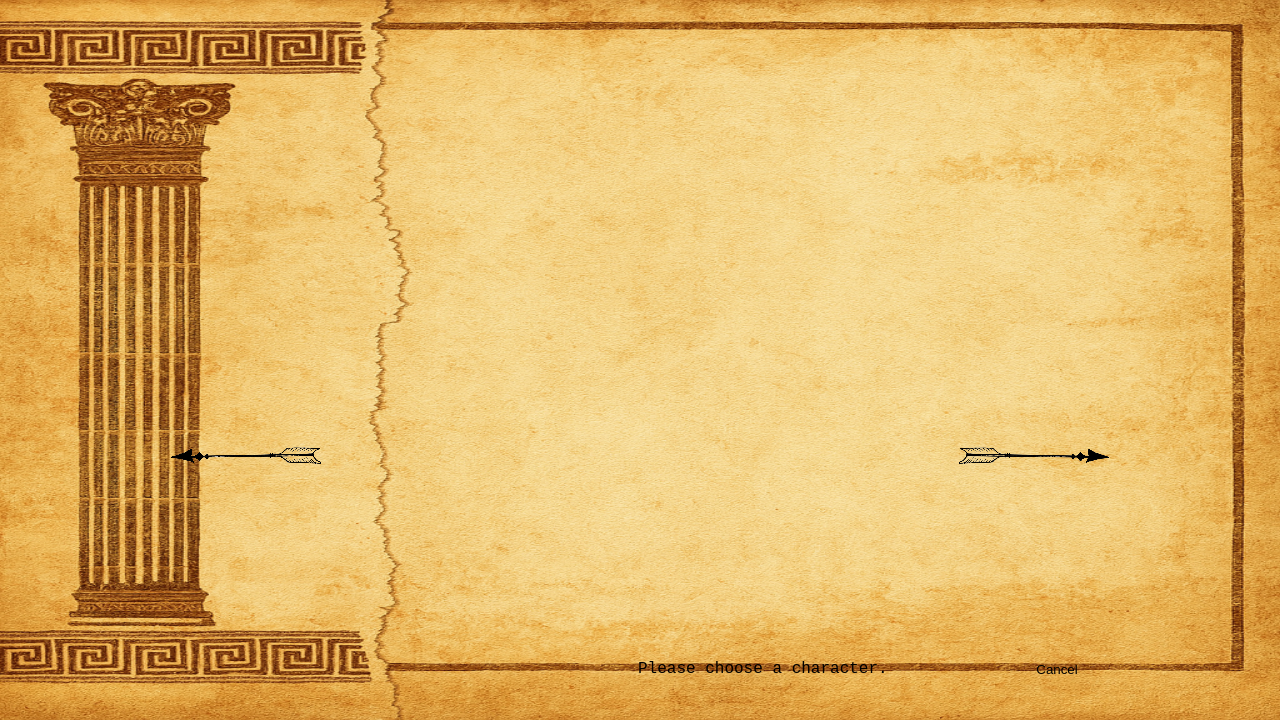
Repository: brianabariteau/Web-1-Final-Project-2025
Page: features/character-selection/character-selection.html
These files come from the project's save history. The page is drawn as it stood at one moment and after the next save; the edit follows.
The browser window is 1280 px wide. The pictures show the whole page.
The page's requests for data from a server got no answer.

Above is the page before, as saved 2025-12-21 23:39:25.

### features/character-selection/character-selection.html
<!DOCTYPE html>
<html lang="en">
  <head>
    <meta charset="UTF-8" />
    <meta name="viewport" content="width=device-width, initial-scale=1.0" />
    <title>Player Selection</title>
    <link
      rel="icon"
      type="image/x-icon"
      href="../../assets/characters/zeus.png"
    />
    <link rel="stylesheet" href="./character-selection.css" />
    <script type="module" src="./character-selection.js" defer></script>
    <script
      src="https://code.jquery.com/jquery-3.7.1.min.js"
      integrity="sha256-/JqT3SQfawRcv/BIHPThkBvs0OEvtFFmqPF/lYI/Cxo="
      crossorigin="anonymous"
    ></script>
  </head>
  <body></body>
</html>

### features/character-selection/character-selection.css
/* -- General Page Layout -- */

body {
  margin: 0;
  padding: 0;
  width: 100vw;
  height: 100vh;
  overflow: hidden;

  display: flex;
  justify-content: center;
  align-items: center;

  position: relative;
  font-family: "Press Start 2P", monospace;
}

/* Full-screen background */
.background {
  position: absolute;
  inset: 0;
  width: 100%;
  height: 100%;
  z-index: -1;
}

/* -- Character Selector Grid [avatar1/2/3] -- */

.character-row {
  /*display: flex;
  justify-content: center;
  align-items: center;
  gap: 1rem;

  position: absolute;
  top: 10%;
  width: 100%;*/
  display: flex;
  justify-content: center;
  align-items: center;
  gap: 1rem;
  width: 100%;
  position: relative; /* not absolute */
}

/* All avatar boxes */
.avatar1,
.avatar2,
.avatar3 {
  /*width: 340px;
  height: 450px;*/
  width: min(28vw, 370px); /* 28% of viewport width, max 340px */
  height: min(28vw, 440px);

  background: transparent;
  border: none;
  padding: 0;

  position: relative;
  cursor: pointer;
  transition: transform 120ms ease;
}

.avatar1:hover,
.avatar2:hover,
.avatar3:hover {
  transform: scale(1.05);
}

/* The decorative box asset */
.background-boxes {
  position: absolute;
  inset: 0;
  width: 100%;
  height: 100%;
  object-fit: fill;
  z-index: 0;
  pointer-events: none;
}

/* If later you put the character image inside an avatar */
.player-avatar {
  position: relative;
  z-index: 1;
  width: 140px;
  height: auto;
  image-rendering: pixelated;
}

/* Info inside the avatar (optional) */
.player-info {
  position: relative;
  z-index: 2;
  color: brown;
  text-shadow: 2px 2px #000;
  font-size: 14px;
  text-align: left;
  margin-left: 10px;
}

/* ───────────── SCROLL ARROWS ABOVE TEXT BOX ───────────── */

.scroll-arrows {
  width: min(200vw, 950px); /* narrower than full screen */
  margin: 0 auto;
  display: flex;
  justify-content: space-between; /* left arrow on left, right arrow on right */
  align-items: center;

  padding: 0 5vw; /* adjusts how far arrows sit from edges */
  position: relative;
  z-index: 15;
  gap: 8rem;
}

.left-arrow,
.right-arrow {
  background: transparent;
  border: none;
  cursor: pointer;
  transition: transform 120ms ease;
}

.left-arrow:hover,
.right-arrow:hover {
  transform: scale(1.1);
}

.arrowImg {
  width: min(12vw, 150px);
  /*width: 150px;  adjust size */
  height: auto;
  image-rendering: pixelated;
  pointer-events: none;
}

.switch-characters {
  display: flex;
  flex-direction: column;
  align-items: center;
  gap: 1rem; /* space between avatars and arrows */

  width: min(90vw, 1200px);
  position: absolute;
  top: 10%;
  width: 100%;
}

/* Every stat becomes a tooltip target */
.stat {
  position: relative;
  cursor: help;
}

/* Tooltip bubble */
.stat:hover::after {
  content: attr(data-info);
  position: absolute;
  left: 50%;
  bottom: 120%;
  transform: translateX(-50%);

  width: max-content;
  max-width: 220px;

  background: rgba(0, 0, 0, 0.9);
  color: white;
  padding: 8px 10px;
  border-radius: 6px;
  font-size: 10px;
  line-height: 1.2;
  text-shadow: none;

  pointer-events: none;
  z-index: 999;
}

/* Tooltip arrow */
.stat:hover::before {
  content: "";
  position: absolute;
  left: 50%;
  bottom: 110%;
  transform: translateX(-50%);

  border-width: 6px;
  border-style: solid;
  border-color: rgba(0, 0, 0, 0.9) transparent transparent transparent;

  z-index: 998;
}

/* ───────────── TEXT BOX (your .box image) ───────────── */

.bottom-panel {
  position: absolute;
  /*bottom: -3%;  how far from bottom of screen */
  bottom: 4%;
  left: 60%;
  /*transform: translateX(-30%);  center horizontally */
  transform: translateX(-50%);

  width: min(70vw, 900px);
  /*width: 40%;  adjust width as needed */
  /*max-width: 900px; */

  display: grid;
  grid-template-columns: 1fr auto 1fr; /* left | center | right */
  align-items: center;
  justify-items: center;
  margin: 0;

  z-index: 10;
}

.box {
  width: min(260px, 40vw);
  /*width: 200px;  adjust to your liking */
  height: auto;
  pointer-events: none;
  margin: 0 auto;
}

/* ───────────── CONFIRM + CANCEL BUTTONS ───────────── */

.button-left,
.button-right {
  display: flex;
  justify-content: center;
  align-items: center;
}

.buttons {
  display: flex;
  gap: 0rem; /* spacing between confirm/cancel */
  position: relative; /* NOT absolute */
  z-index: 10;
}

.confirm,
.cancel {
  background: transparent;
  border: none;
  cursor: pointer;
  transition: transform 120ms ease;
}

.confirm:hover,
.cancel:hover {
  transform: scale(1.05);
}

/* Position them near bottom-right like your drawing */
.cancel {
  right: 10%;
}

.buttonImg {
  width: 150px;
  height: auto;
}

/* ───────────── CHARACTERS ───────────── */
.character {
  position: relative;
  z-index: 10; /* ensures text appears above the background box */
  color: rgb(133, 74, 18);
  justify-items: center;
  text-align: center;
  display: flex;
  object-fit: contain;
  /*padding: 12px 20px;*/
  padding-top: 50px;
  width: 100%;
  height: 100%;
  font-family: "Press Start 2P", monospace; /* matches your game font */
  text-shadow: 2px 2px 0px #ffffff; /* retro look */
}

.inner-character {
  width: 100%; /* smaller than full box so borders show */
  height: 70%; /* keep some space top/bottom */
  padding: 0.4rem; /* small internal padding */
  box-sizing: border-box;

  display: flex;
  flex-direction: column;
  align-items: center;
  justify-content: flex-start;
  gap: 0.1rem; /* tiny gaps between lines */

  overflow-y: auto; /* <-- important: scroll if too tall */
  scrollbar-width: none;
  -ms-overflow-style: none;
}
.character-inner::-webkit-scrollbar {
  display: none;
}

.character-inner h3 {
  margin: 0 0 4px 0;
  font-size: clamp(12px, 1.3vw, 16px);
}

.character-inner p {
  margin: 1px 0;
  font-size: clamp(10px, 1.1vw, 13px);
  line-height: 1.1;
}

/* Smaller sprite so it doesn't eat all vertical space */
.character-inner .character-img {
  width: 90px;
  height: auto;
  margin-bottom: 6px;
}

.character h3 {
  margin: 0 0 10px 0;
  /*font-size: 18px;*/
  font-size: clamp(14px, 1.6vw, 18px);
  letter-spacing: 1px;
}

.character p,
.powers-list {
  font-size: clamp(12px, 1.3vw, 14px);
}

.character p {
  margin: 3px 0;
  /*font-size: 14px;*/
  line-height: 1.2;
}

.powers-list {
  margin: 4px 0 0 16px;
  padding: 0;
  list-style-type: none;
  /*font-size: 14px;*/
}

.character-img {
  display: block;
  margin: 0 auto 10px auto; /* center horizontally + space underneath */
  width: 120px; /* adjust size */
  height: auto;
  image-rendering: pixelated;
  z-index: 5;
  pointer-events: none;
  background: transparent;
}

@media (max-width: 900px) {
  .character-row {
    flex-direction: column;
    top: 4%;
    gap: 0.5rem;
  }

  .avatar1,
  .avatar2,
  .avatar3 {
    width: 80vw;
  }
}

@media (max-width: 900px) {
  .bottom-panel {
    bottom: 2%;
    width: 90vw;
    grid-template-columns: auto;
    row-gap: 0.5rem;
  }

  .buttonImg {
    width: 120px;
  }
}

@media (max-width: 600px) {
  .arrowImg {
    width: 80px;
  }

  .scroll-arrows {
    gap: 1.5rem;
    bottom: 30%;
  }
}

### features/character-selection/character-selection.js
"use strict";

import { fetchCharacters } from "../../services/character-api.js";
import { sortCharacters } from "../../utils/character-sorters.js";
let singlePlayer = localStorage.getItem("single player");
let multiPlayer = localStorage.getItem("multiplayer");

let characters = [];
let currentIndex = 0;

// * Player selection stuff
let selectedPlayer = null;

// * The Background Image
const background = $("<img>")
  .addClass("background")
  .attr("src", "./assets/parchment-background.png")
  .attr("alt", "Background");

// * Characters
function renderCharacters(character) {
  let powersList = "";

  if (Array.isArray(character.powers) && character.powers.length > 0) {
    for (const power of character.powers) {
      powersList += `<li>${power}</li>`;
    }
  } else {
    powersList = `<li>No Powers</li>`;
  }

  return `
    <div class="character">
      <div class="inner-character">
        <img class="character-img" src="${character.imgSrc}" alt="${character.name}"/>
        <h3 class="stat" data-info="${character.tier} - ${character.tierName}">${character.name}</h3>
        <p>HP: ${character.stats.hp}</p>
        <p>Attack: ${character.stats.attack}</p>
        <p>Defense: ${character.stats.defense}</p>
        <p>Speed: ${character.stats.speed}</p>
        <p>Power: ${character.stats.power}</p>
        <p>Resilience: ${character.stats.resilience}</p>
        <p>Stamina: ${character.stats.stamina}</p>
        <p class="stat" data-info="${character.stats.masteryDesc}">Domain Mastery: ${character.stats.domainMastery}</p>
        <p class="stat" data-info="${character.stats.traitDesc}">Special Trait: ${character.stats.specialTrait}</p>
      </div>
    </div>
  `;
}

// * All Characters
const characterRow = $("<div>").addClass("character-row");

// * Arrows + Avatars Div
const switchCharacters = $("<div>").addClass("switch-characters");

// * Avatar 1
const avatar1 = $("<button>").addClass("avatar1");
const avatar1BackgroundBox = $("<img>")
  .addClass("background-boxes")
  .attr("src", "./assets/parchment-box.png")
  .attr("alt", "Background Boxes");

$(avatar1).on("click", () => {
  const first = characters[currentIndex];
  selectCharacter(avatar1, first);
});

// * Avatar 2
const avatar2 = $("<button>").addClass("avatar2");
const avatar2BackgroundBox = $("<img>")
  .addClass("background-boxes")
  .attr("src", "./assets/parchment-box.png")
  .attr("alt", "Background Boxes");

$(avatar2).on("click", () => {
  const second = characters[(currentIndex + 1) % characters.length];
  selectCharacter(avatar2, second);
});

// * Avatar 3
const avatar3 = $("<button>").addClass("avatar3");
const avatar3BackgroundBox = $("<img>")
  .addClass("background-boxes")
  .attr("src", "./assets/parchment-box.png")
  .attr("alt", "Background Boxes");

$(avatar3).on("click", () => {
  const third = characters[(currentIndex + 2) % characters.length];
  selectCharacter(avatar3, third);
});

$(characterRow).append(avatar1, avatar2, avatar3);

function updateAvatarsDisplay() {
  if (!Array.isArray(characters) || characters.length === 0) return;

  const second = characters[(currentIndex + 1) % characters.length];
  const first = characters[currentIndex];
  const third = characters[(currentIndex + 2) % characters.length];

  $(avatar1).html(renderCharacters(first));
  $(avatar2).html(renderCharacters(second));
  $(avatar3).html(renderCharacters(third));

  $(avatar1).append(avatar1BackgroundBox.clone());
  $(avatar2).append(avatar2BackgroundBox.clone());
  $(avatar3).append(avatar3BackgroundBox.clone());
}

async function loadCharacters() {
  characters = await fetchCharacters();
  characters = sortCharacters(characters);
  currentIndex = 0;
  updateAvatarsDisplay();
}

function selectCharacter(avatarElement, character) {
  $(".avatar1, .avatar2, .avatar3").css("box-shadow", "none");
  $(avatarElement).css("box-shadow", "0px 5px 5px rgba(0, 0, 0, 0.6)");
  selectedPlayer = character;
}

// * Text Box + Buttons
const bottomPanel = $("<div>").addClass("bottom-panel");

/*
// * Text Box Image
const textBox = $("<img>")
  .addClass("box")
  .attr("src", "./assets/choose-character-text.png")
  .attr("alt", "Text Box"); */
const textBox = $("<p>").addClass("box").text("Please choose a character.");

// * Buttons
const leftButton = $("<div>").addClass("left-button");
const rightButton = $("<div>").addClass("right-button");

// * Confirm Button
const confirmButton = $("<button>").addClass("confirm");
/*const confirmImg = $("<img>")
  .addClass("buttonImg")
  .attr("src", "./assets/parchment-confirm-button.png")
  .attr("alt", "Confirm Button Image");

$(confirmButton).append(confirmImg); */
$(confirmButton).on("click", () => {
  if (!selectedPlayer) {
    alert("Please select a character first!");
    return;
  }

  localStorage.setItem("selectedCharacter", JSON.stringify(selectedPlayer));

  window.location.href = "../main-menu/main-menu.html";
});

// * Cancel Button
const cancelButton = $("<button>").addClass("cancel");
const cancelText = $("<p>").text("Cancel");
/*const cancelImg = $("<img>")
  .addClass("buttonImg")
  .attr("src", "./assets/parchment-cancel-button.png")
  .attr("alt", "Cancel Button Image"); */

$(cancelButton).append(cancelText);
$(cancelButton).on("click", () => {
  if (selectedPlayer === null) {
    window.location.href = "../main-menu/index.html";
  }

  selectedPlayer = null;
  $(avatar1).css("box-shadow", "none");
  $(avatar2).css("box-shadow", "none");
  $(avatar3).css("box-shadow", "none");
});

leftButton.append(confirmButton);
$(rightButton).append(cancelButton);
$(bottomPanel).append(confirmButton, textBox, cancelButton);

// * Scroll Arrows
const scrollArrows = $("<div>").addClass("scroll-arrows");

// * Left Arrow
const leftArrow = $("<button>").addClass("left-arrow");
const leftArrowImg = $("<img>")
  .addClass("arrowImg")
  .attr("src", "./assets/left-arrow.png")
  .attr("alt", "Left Arrow");

$(leftArrow).on("click", () => {
  currentIndex = (currentIndex - 1 + characters.length) % characters.length;
  selectedPlayer = null;
  $(avatar1).css("box-shadow", "none");
  $(avatar2).css("box-shadow", "none");
  $(avatar3).css("box-shadow", "none");
  updateAvatarsDisplay();
});

// * Right Arrow
const rightArrow = $("<button>").addClass("right-arrow");
const rightArrowImg = $("<img>")
  .addClass("arrowImg")
  .attr("src", "./assets/right-arrow.png")
  .attr("alt", "Right Arrow");

$(rightArrow).on("click", () => {
  currentIndex = (currentIndex + 1) % characters.length;
  selectedPlayer = null;
  $(avatar1).css("box-shadow", "none");
  $(avatar2).css("box-shadow", "none");
  $(avatar3).css("box-shadow", "none");
  updateAvatarsDisplay();
});

$(leftArrow).append(leftArrowImg);
$(rightArrow).append(rightArrowImg);
$(scrollArrows).append(leftArrow, rightArrow);

$(switchCharacters).append(characterRow, scrollArrows);

$("body").append(background, switchCharacters, bottomPanel);

loadCharacters();

### utils/character-sorters.js
"use strict";
export function sortCharacters(characters) {
  return characters.sort((characterA, characterB) => {
    const scoreA =
      characterA.stats.attack * 2 +
      characterA.stats.power * 2 +
      characterA.stats.defense +
      characterA.stats.hp +
      characterA.stats.speed;

    const scoreB =
      characterB.stats.attack * 2 +
      characterB.stats.power * 2 +
      characterB.stats.defense +
      characterB.stats.hp +
      characterB.stats.speed;

    return scoreB - scoreA;
  });
}

Loaded but not shown: services/character-api.js (396 lines, source omitted)

After the next save:
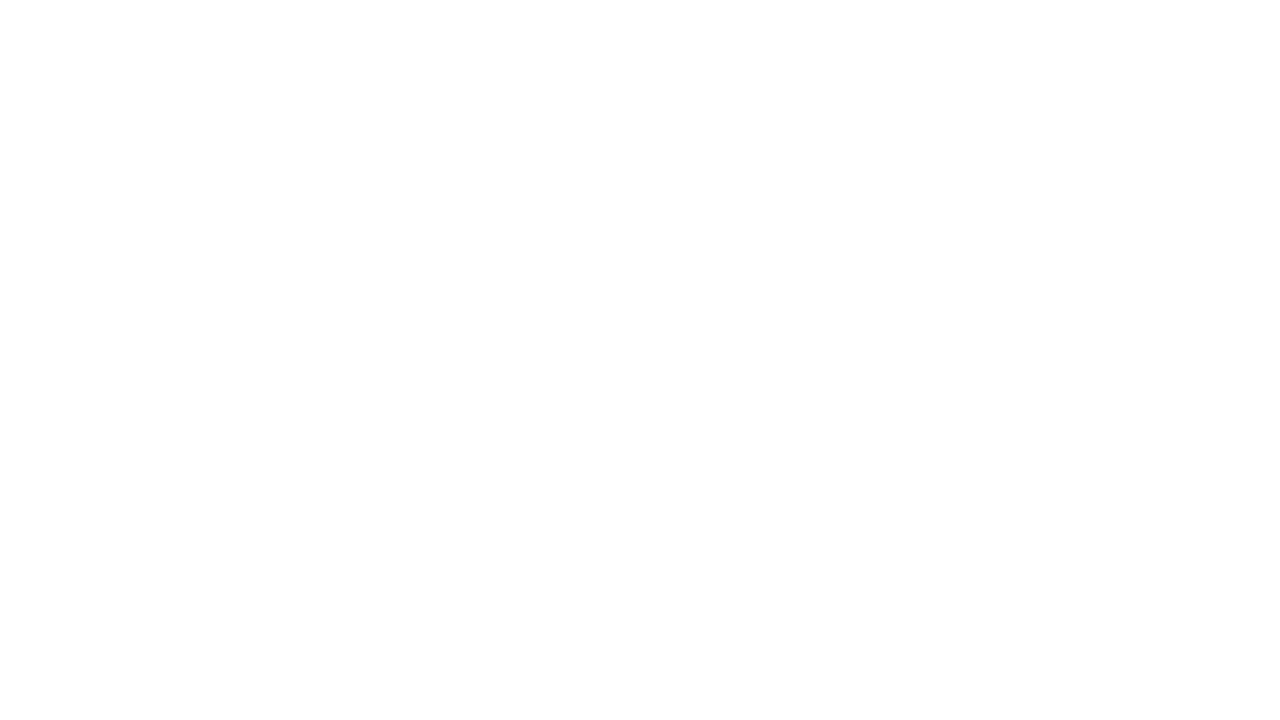
Console error: ReferenceError: confirmImg is not defined
Saved 27 s later.
--- a/features/character-selection/character-selection.js
+++ b/features/character-selection/character-selection.js
@@ -138,12 +138,13 @@
 
 // * Confirm Button
 const confirmButton = $("<button>").addClass("confirm");
+const confirmText = $("<p>").text("Confirm");
 /*const confirmImg = $("<img>")
   .addClass("buttonImg")
   .attr("src", "./assets/parchment-confirm-button.png")
-  .attr("alt", "Confirm Button Image");
-
-$(confirmButton).append(confirmImg); */
+  .attr("alt", "Confirm Button Image");  */
+
+$(confirmButton).append(confirmImg);
 $(confirmButton).on("click", () => {
   if (!selectedPlayer) {
     alert("Please select a character first!");

After the save that followed:
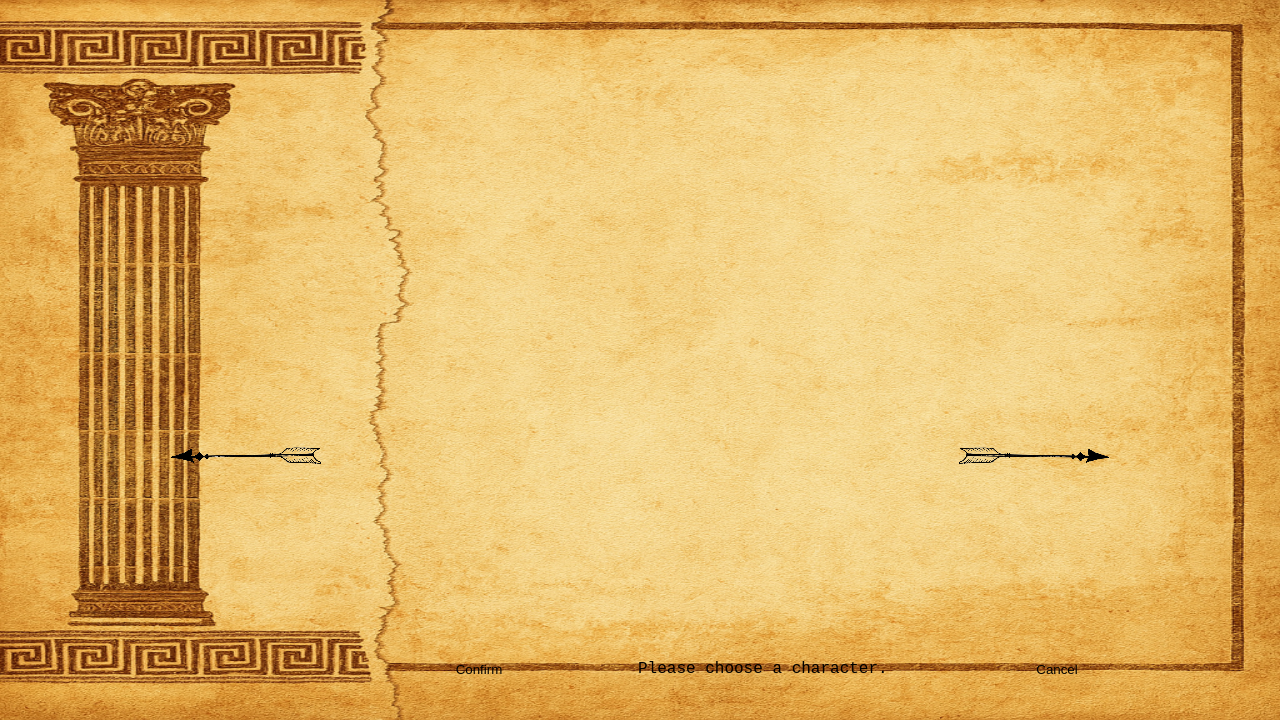
The error is gone.
Saved 4 s later.
--- a/features/character-selection/character-selection.js
+++ b/features/character-selection/character-selection.js
@@ -144,7 +144,7 @@
   .attr("src", "./assets/parchment-confirm-button.png")
   .attr("alt", "Confirm Button Image");  */
 
-$(confirmButton).append(confirmImg);
+$(confirmButton).append(confirmText);
 $(confirmButton).on("click", () => {
   if (!selectedPlayer) {
     alert("Please select a character first!");
